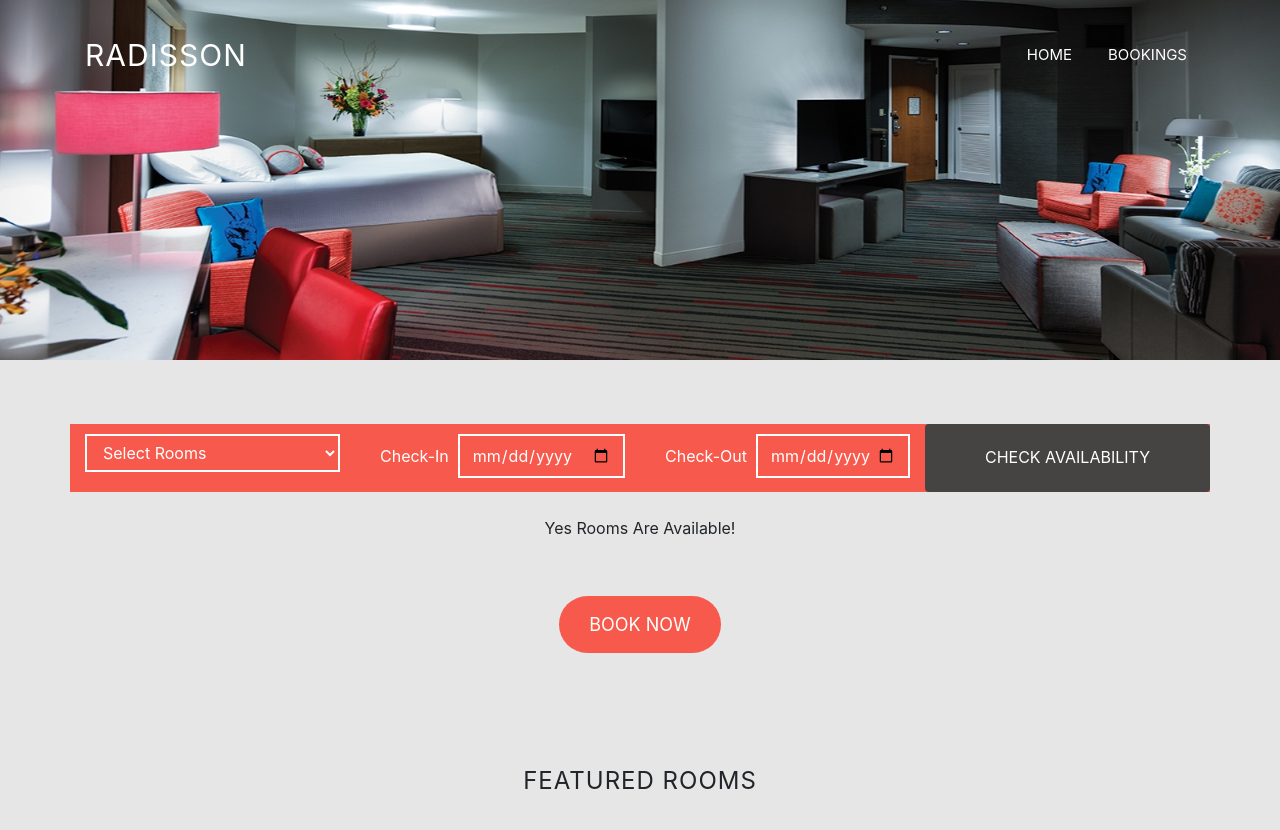
Repository: kapsky5/HotelManagement
Page: rooms.html
An editor plug-in stored every save of this project. The page is shown before and after the next save, followed by the edit.
The browser window is 1280 px wide. The pictures show the part of the page from y = 0 to 830 px (the page is 2257 px tall before and 2197 px after).
Pictures or frames that could not be fetched are drawn as grey boxes. Some web libraries are served in a nearby version.

Above is the page before, as saved 2019-11-07 03:06:37.

After the next save:
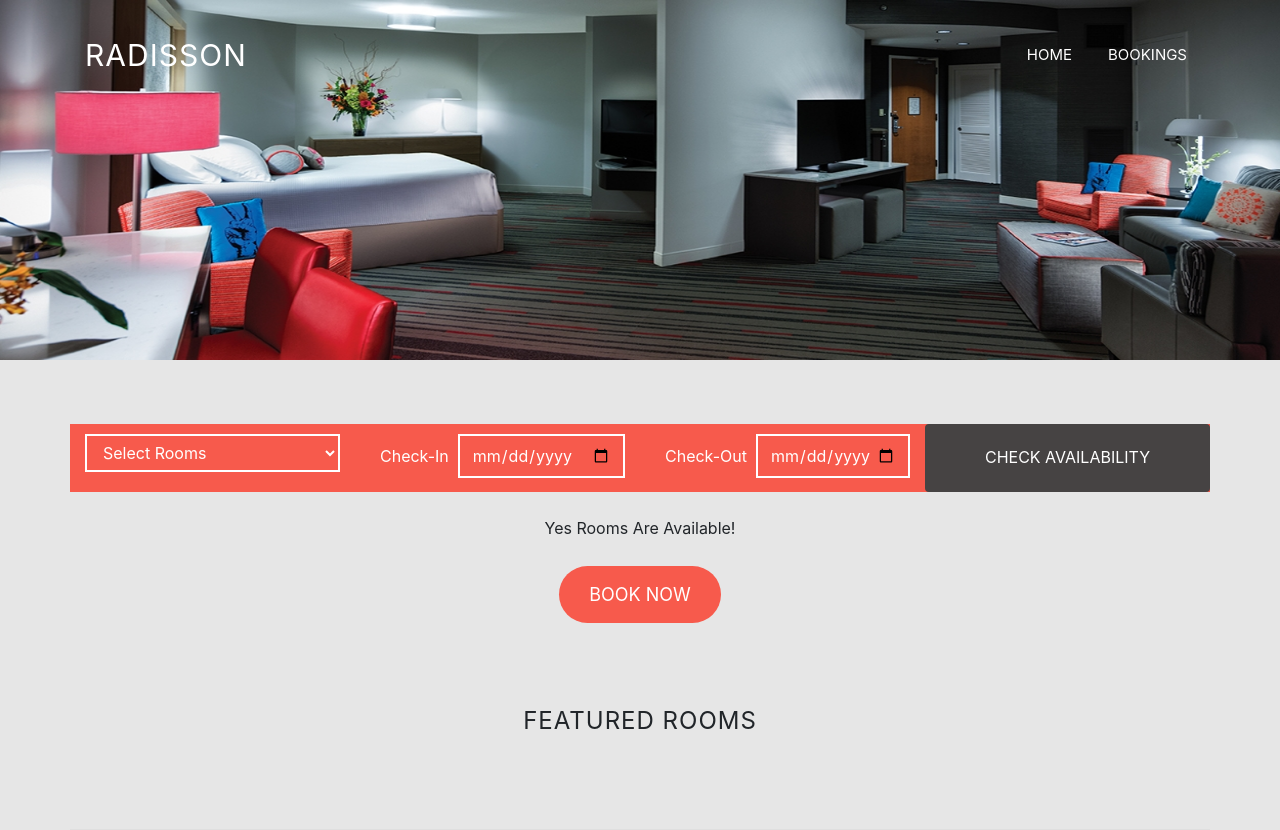
Saved 20 s later.
--- a/css/main.css
+++ b/css/main.css
@@ -194,7 +194,7 @@ input[type=date]::-webkit-inner-spin-button {
     display: none;
 }
 .result .btn{
-    margin: 40px 5px;
+    margin: 10px 20px;
     padding: 15px 30px;
     border-radius: 40px;
     background: #F75A4C;
